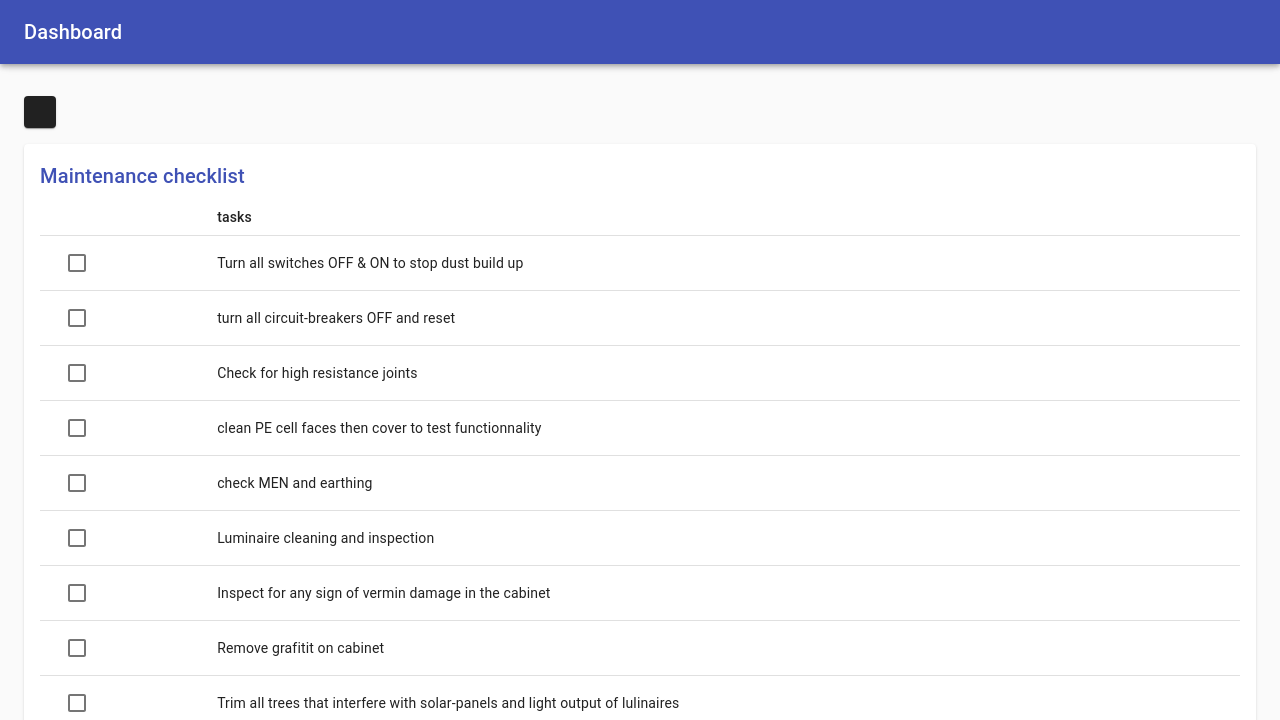
Repository: sapbrussels/intelligenthighway_webapp
Page: /Maintenance (app in router/)
An editor plug-in stored every save of this project. The page is shown before and after the next save, followed by the edit.
The browser window is 1280 px wide. The pictures show the whole page.
An inner scrolling area shows only its first screen. The project was rebuilt for these pictures with package versions that can differ from the ones it lists, and the page was loaded fresh each time. Also part of the build but not shown: router/src/App.css, router/src/Login.js, router/src/Maps.js, router/src/Jobspage.js.

Above is the page before, as saved 2020-03-26 16:40:01.

After the next save:
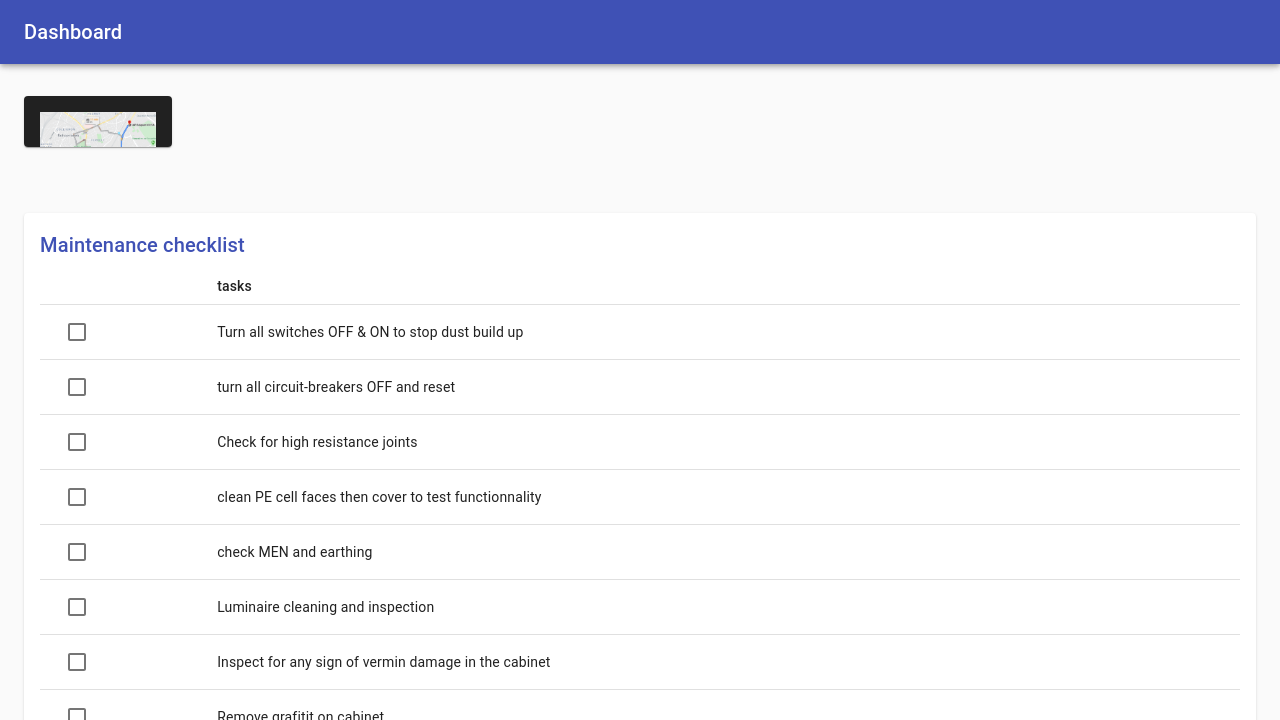
Saved 21 s later.
--- a/router/src/Maintenance.js
+++ b/router/src/Maintenance.js
@@ -108,8 +108,8 @@
     backgroundColor:
       theme.palette.type === 'dark' ? theme.palette.grey[50] : theme.palette.grey[900],
     backgroundSize: 'contain',
-    height: "10%",
-    width: "10%",
+    height: "50%",
+    width: "50%",
     overflow: 'auto',
     flexDirection: 'column',
     display: "flex"
